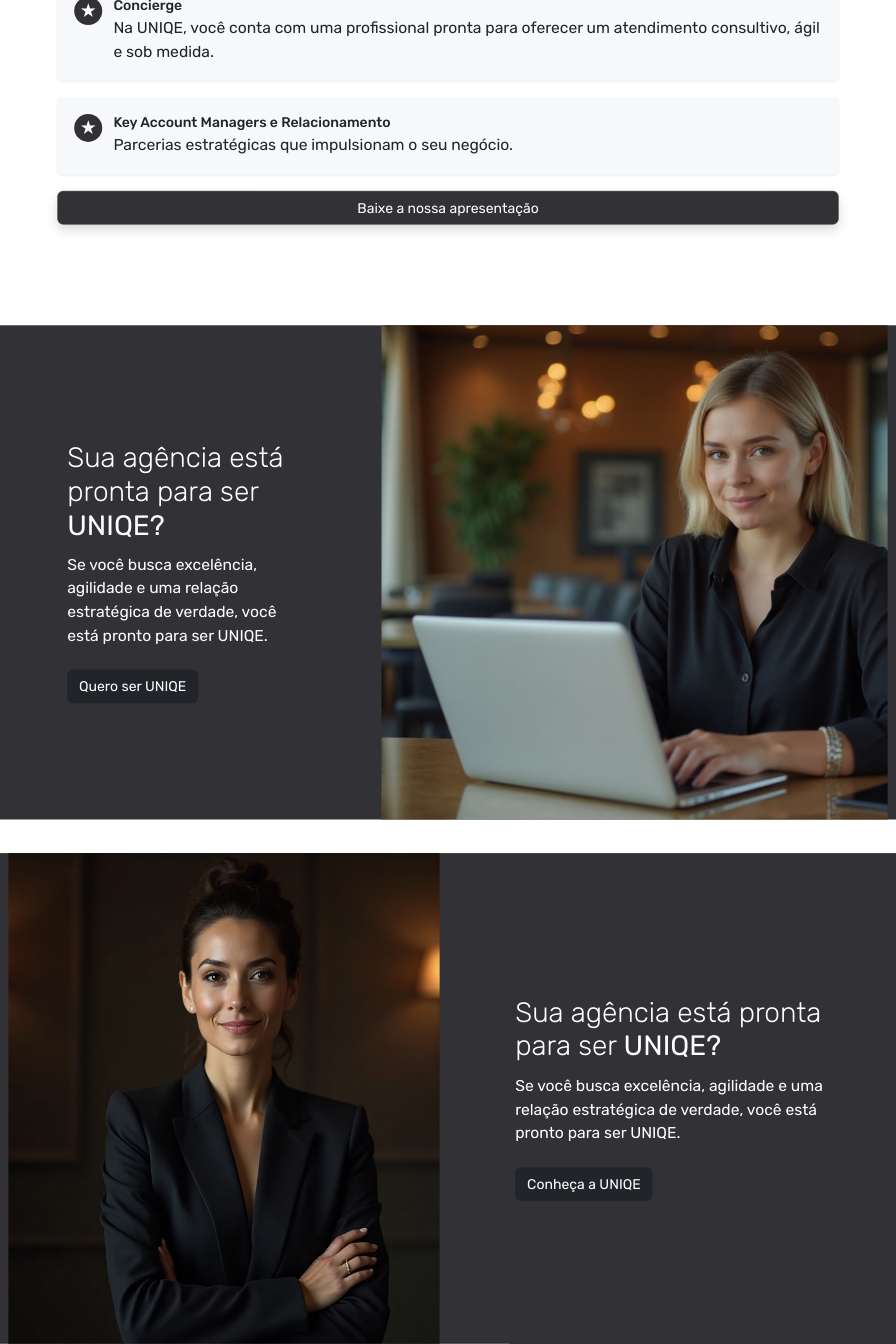
Repository: SkyTeam-Dev/Site-Uniqe
Page: http://localhost/
An editor plug-in stored every save of this project. The page is shown before and after the next save, followed by the edit.
The browser window is 1280 px wide. The pictures show the part of the page from y = 2164 to 4084 px (the page is 4084 px tall), at 70% of full size.
Some web libraries are served in a nearby version. The page is run by PHP 8.4 with error messages shown; the project is at /var/www/html/.

Above is the page before, as saved 2025-07-04 10:59:21.

After the next save:
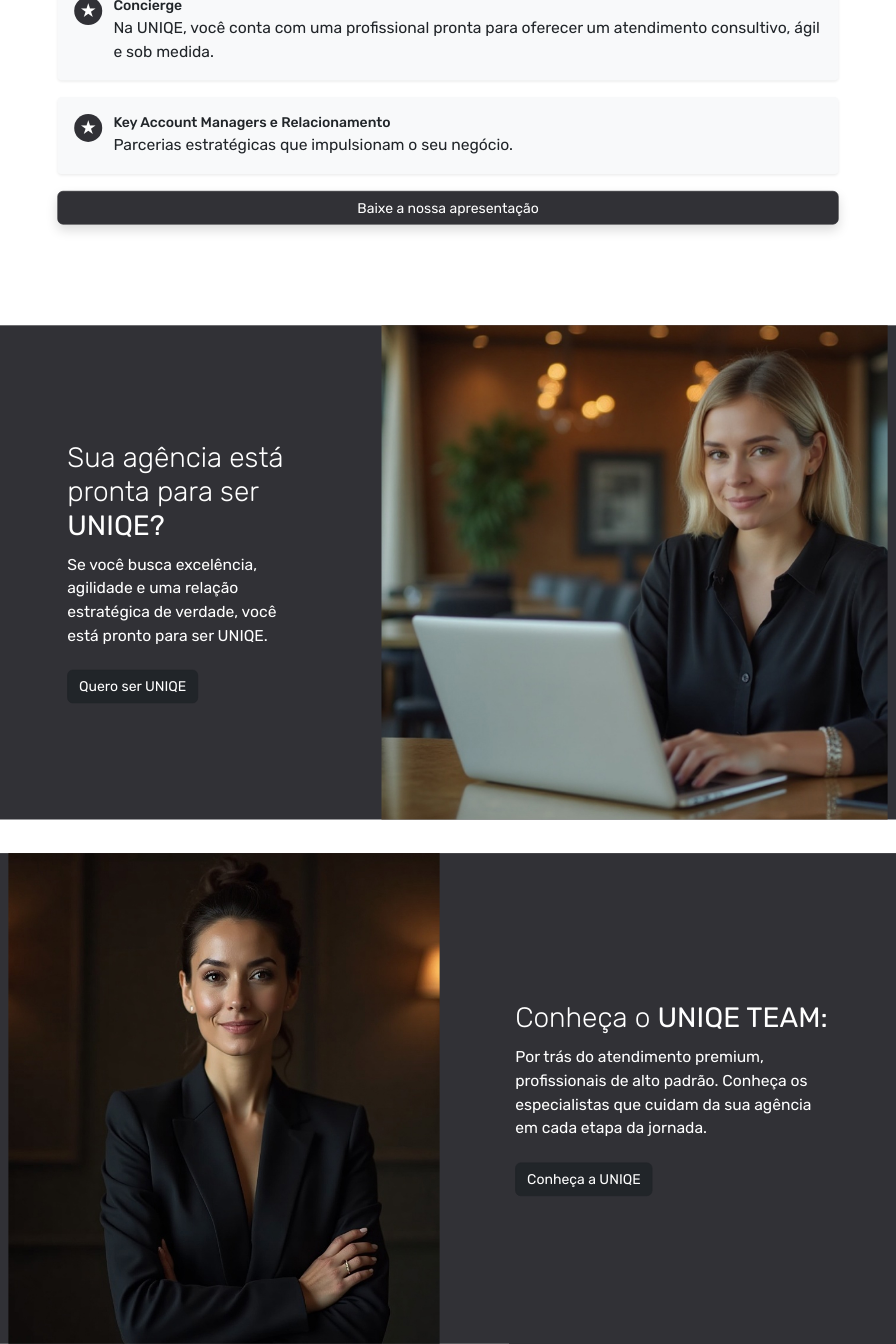
Saved 53 s later.
--- a/index.php
+++ b/index.php
@@ -480,9 +480,9 @@
 
             <div class="col-md-6 p-5 mb-4 mb-md-0">
                 <div class="p-5">
-                    <h1 class="fw-light">Sua agência está pronta para ser <strong>UNIQE?</strong></h1>
-                    <p class="mt-3">Se você busca excelência, agilidade e uma relação estratégica de verdade, você está
-                        pronto para ser UNIQE.</p>
+                    <h1 class="fw-light">Conheça o <strong>UNIQE TEAM:</strong></h1>
+                    <p class="mt-3">Por trás do atendimento premium, profissionais de alto padrão.
+                    Conheça os especialistas que cuidam da sua agência em cada etapa da jornada.</p>
                     <a href="#" class="btn btn-dark btn-lg mt-3">Conheça a UNIQE</a>
                 </div>
             </div>
